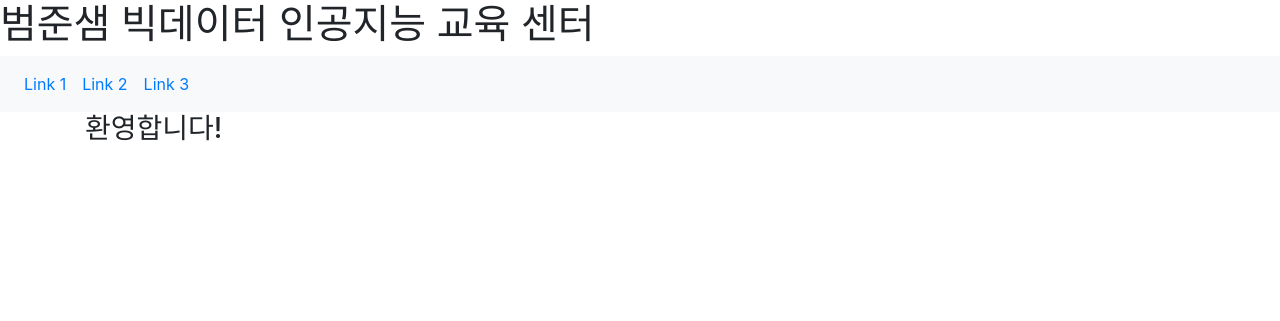
Repository: YUZ9090/ServletExercise
Page: dynamic_web_proj_00/WebContent/index.html
An editor plug-in stored every save of this project. The page is shown before and after the next save, followed by the edit.
The browser window is 1280 px wide. The pictures show the whole page.

Above is the page before, as saved 2022-08-16 03:14:03.

After the next save:
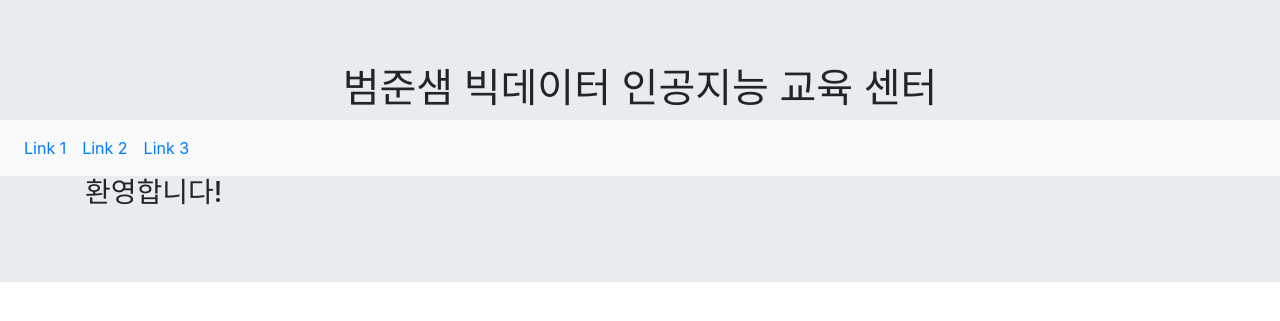
Saved 74 s later.
--- a/dynamic_web_proj_00/WebContent/index.html
+++ b/dynamic_web_proj_00/WebContent/index.html
@@ -14,9 +14,9 @@
 
 </head>
 <body>
-
+	<div class="jumbotron jumbotron-fluid" style="padding:20 0 0 0;">
 	<header>
-	<h1> 범준샘 빅데이터 인공지능 교육 센터 </h1>
+	<h1 style="text-align:center"> 범준샘 빅데이터 인공지능 교육 센터 </h1>
 		<nav class="navbar navbar-expand-sm bg-light">
 
 		  <!-- Links -->
